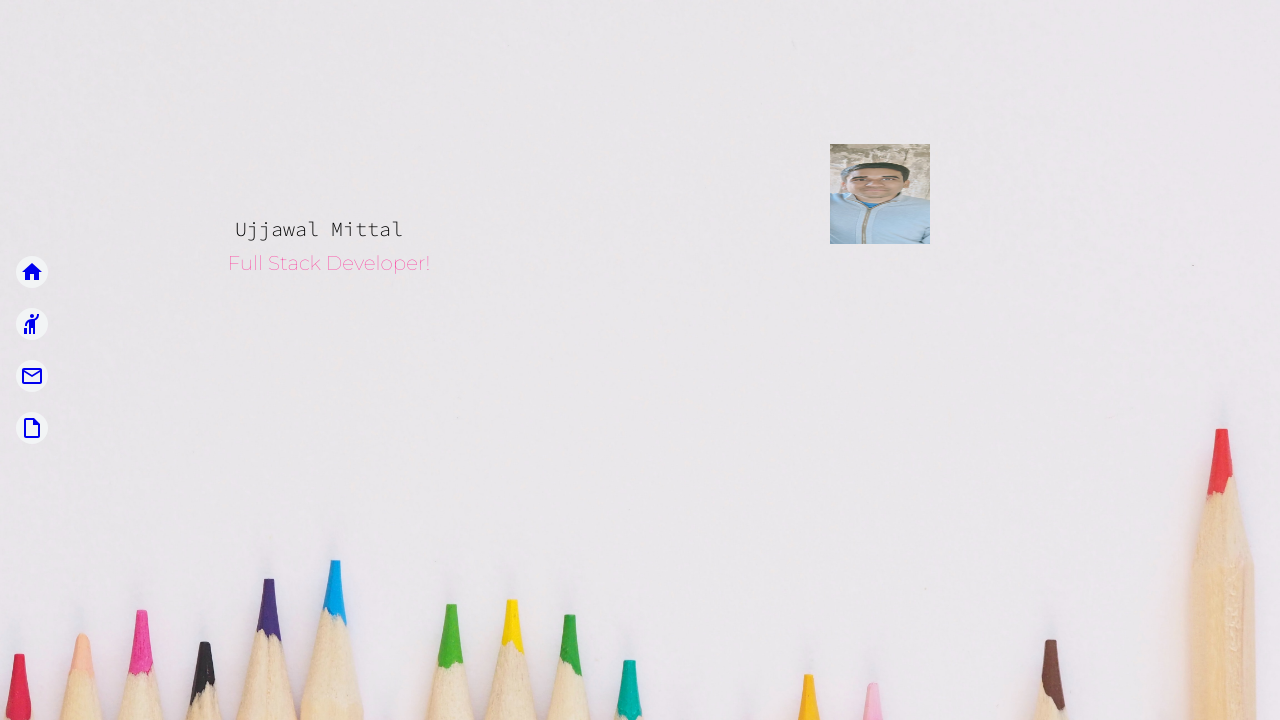
Repository: ujjawalmittal55/portfolio1
Page: /
The author's editor kept a copy of each file at every save. The page is drawn from the files as they stood at one save, then again after the next save.
The browser window is 1280 px wide. The pictures show the whole page.
The project was rebuilt for these pictures with package versions that can differ from the ones it lists, and the page was loaded fresh each time. Also part of the build but not shown: src/about.css, src/About.jsx, src/document.css, src/Document.jsx, src/contact.css, src/Contact.jsx.

Above is the page before, as saved 2022-05-09 13:50:13.

After the next save:
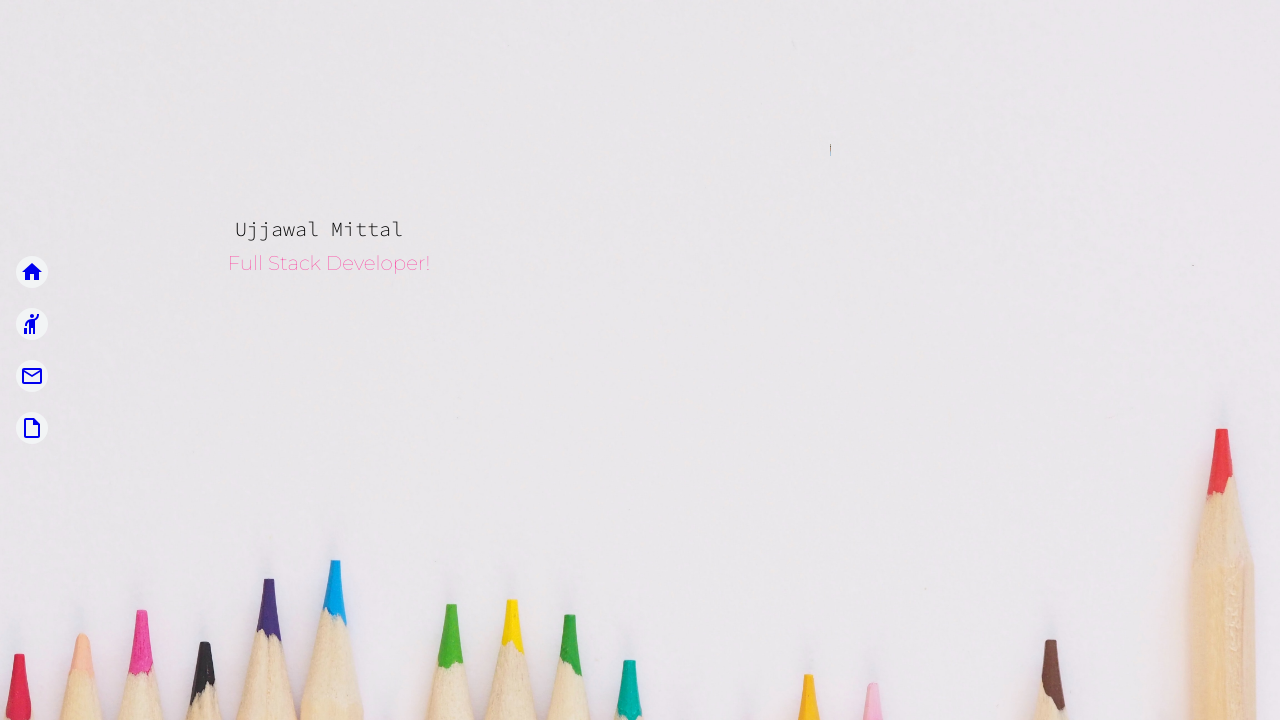
Saved 26 s later.
--- a/src/Display.tsx
+++ b/src/Display.tsx
@@ -20,8 +20,8 @@
           transition={{ delay: 1, duration: 2 }}
           whileHover={{ scale: 1.1, rotateZ: 180, transition: { delay: 0 } }}
           src="/my.jpeg"
-          height="100vh"
-          width="100vw"
+          height="10%"
+          width="10%"
         ></motion.img>
       </div>
     </div>

After the save that followed:
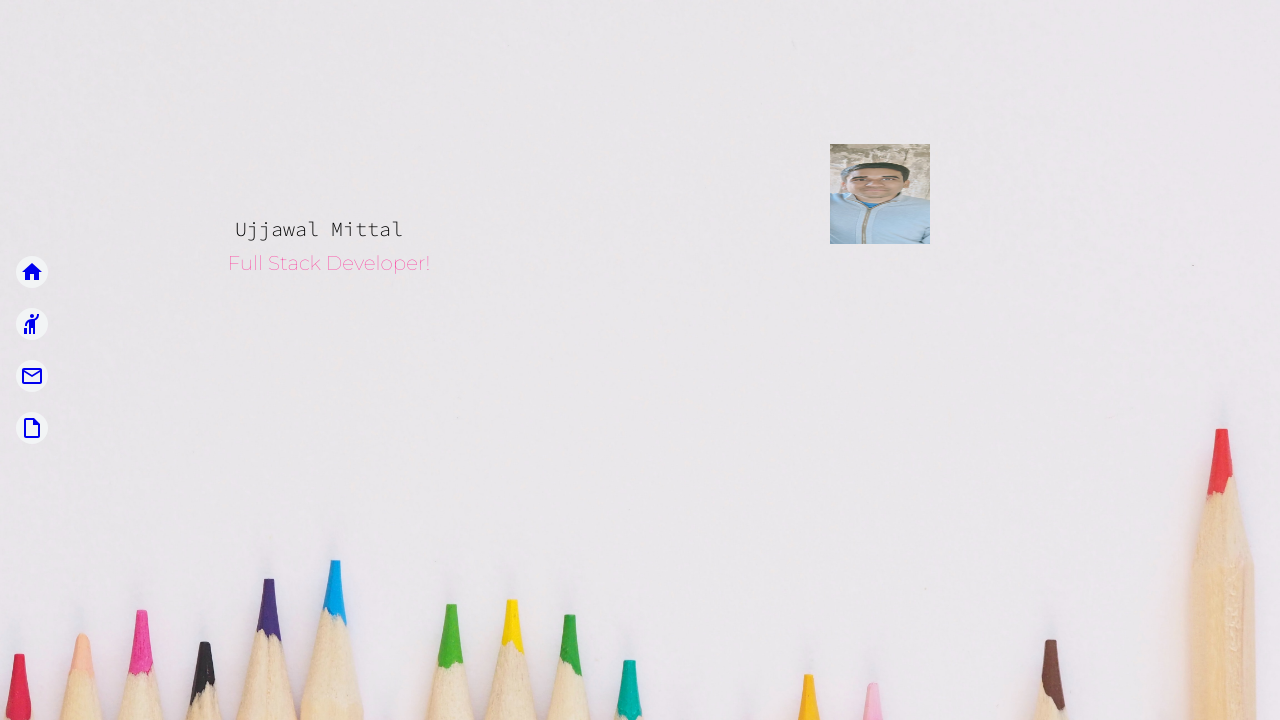
Saved 12 s later.
--- a/src/Display.tsx
+++ b/src/Display.tsx
@@ -20,8 +20,8 @@
           transition={{ delay: 1, duration: 2 }}
           whileHover={{ scale: 1.1, rotateZ: 180, transition: { delay: 0 } }}
           src="/my.jpeg"
-          height="10%"
-          width="10%"
+          height="100vh"
+          width="100vw"
         ></motion.img>
       </div>
     </div>
